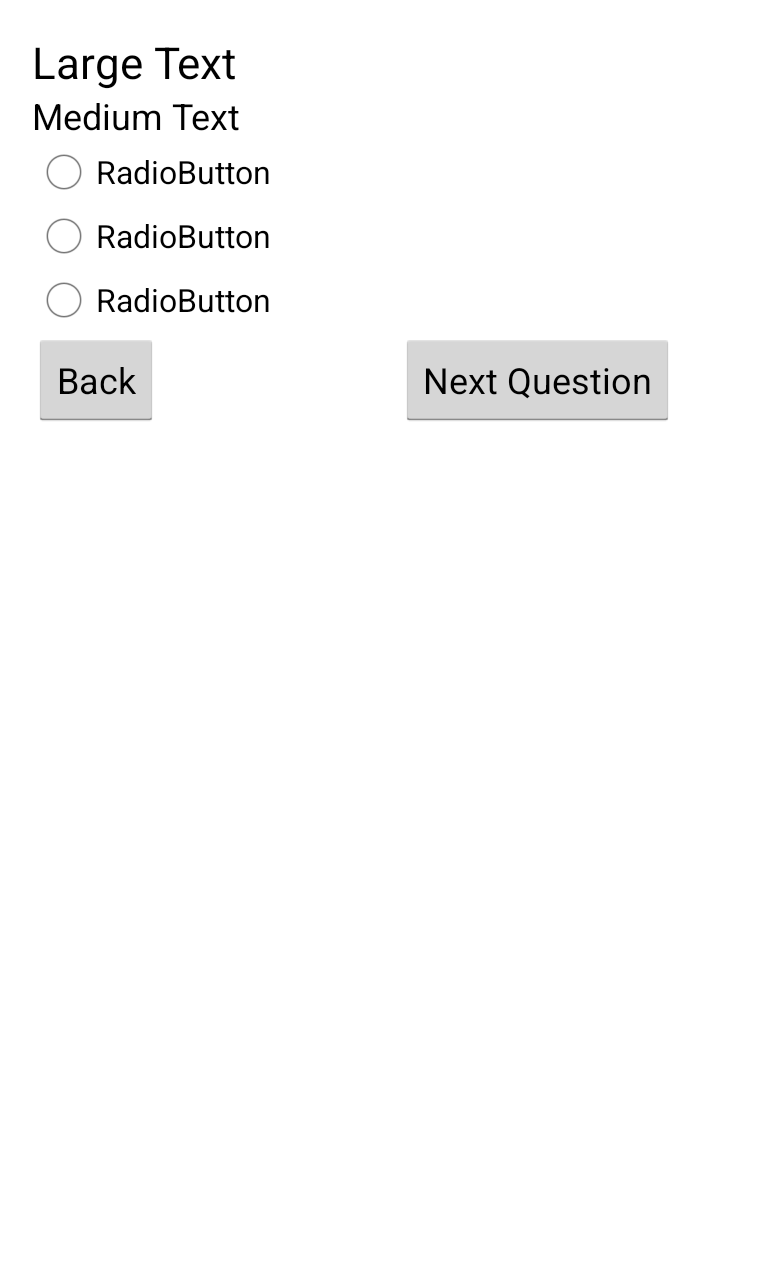
Repository: Sharkeysps/AndroidProjects
Layout: AndroidQuiz/Quiz/res/layout/activity_question_panel.xml
The author's editor kept a copy of each file at every save. The layout is drawn from the files as they stood at one save, then again after the next save.
It is drawn on a 768 x 1280 px phone screen (xhdpi) without system bars, with theme AppTheme; the app's code is not run.

Above is the layout before, as saved 2014-02-01 15:05:40.

After the next save:
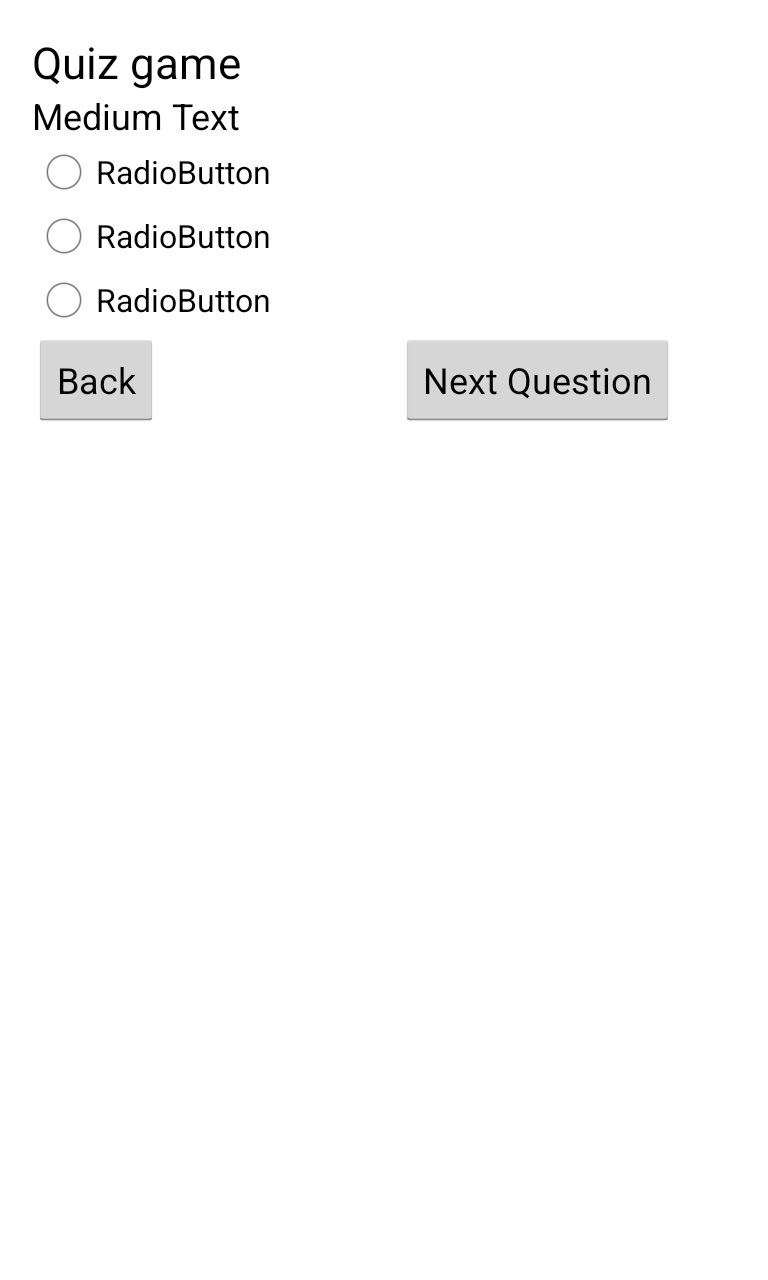
Saved 81 min 8 s later.
--- a/AndroidQuiz/Quiz/res/layout/activity_question_panel.xml
+++ b/AndroidQuiz/Quiz/res/layout/activity_question_panel.xml
@@ -13,11 +13,11 @@
         android:id="@+id/textView1"
         android:layout_width="wrap_content"
         android:layout_height="wrap_content"
-        android:text="Large Text"
+        android:text="Quiz game"
         android:textAppearance="?android:attr/textAppearanceLarge" />
 
     <TextView
-        android:id="@+id/textView2"
+        android:id="@+id/questionText"
         android:layout_width="wrap_content"
         android:layout_height="wrap_content"
         android:text="Medium Text"
@@ -55,7 +55,7 @@
         android:layout_weight="0.18" >
 
         <Button
-            android:id="@+id/button1"
+            android:id="@+id/backButton"
             android:layout_width="wrap_content"
             android:layout_height="wrap_content"
             android:layout_alignParentLeft="true"
@@ -63,7 +63,7 @@
             android:text="Back" />
 
         <Button
-            android:id="@+id/button2"
+            android:id="@+id/nextQuestion"
             android:layout_width="wrap_content"
             android:layout_height="wrap_content"
             android:layout_alignParentRight="true"
